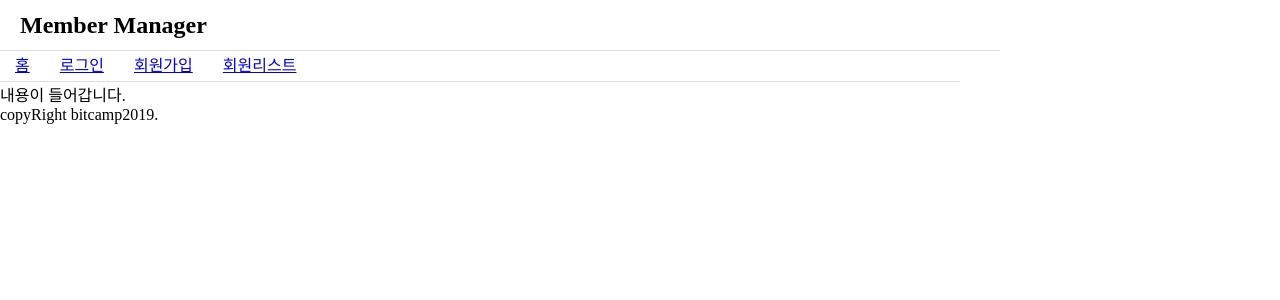
Repository: hhw9797/bitcampjn201904
Page: http://localhost/MemberManager/
These files come from the project's save history. The page is drawn as it stood at one moment and after the next save; the edit follows.
The browser window is 1280 px wide. The pictures show the whole page.
The page is served by Tomcat 9.

Above is the page before, as saved 2019-06-20 07:52:41.

After the next save:
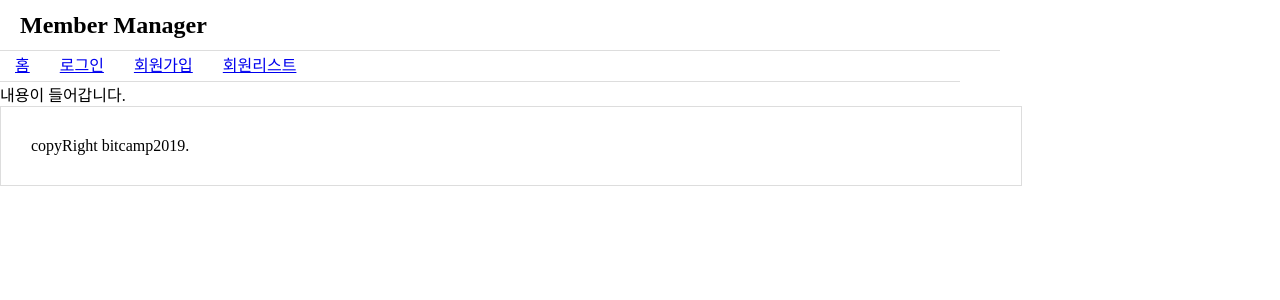
Saved 50 s later.
--- a/html/html5/jsp/MemberManager/WebContent/index.jsp
+++ b/html/html5/jsp/MemberManager/WebContent/index.jsp
@@ -34,10 +34,15 @@
 	}
 	#nav>ul>li {
 		list-style : none;
-		float : left;
-		padding : 0 15px;
+		float: left;
+		padding: 0 15px;
 
 		line-height: 30px;
+	}
+
+	#footer {
+		border: 1px solid #DDD;
+		padding: 30px;
 	}
 </style>
 </head>
